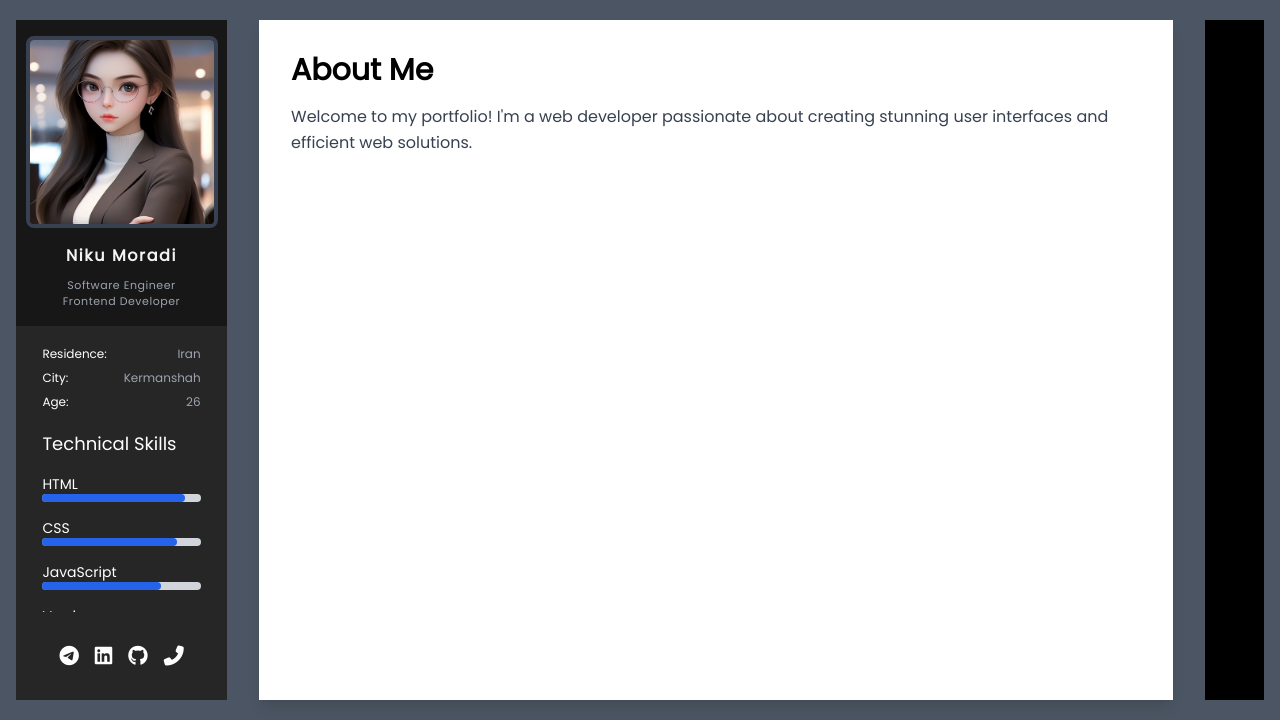
Repository: NikuMoradi/niku-moradi
Page: /
An editor plug-in stored every save of this project. The page is shown before and after the next save, followed by the edit.
The browser window is 1280 px wide. The pictures show the whole page.
The project was rebuilt for these pictures with package versions that can differ from the ones it lists, and the page was loaded fresh each time. The framework's server and built-in components were replaced by stand-ins that run in the browser. Also part of the build but not shown: nuxt.config.ts, components/Blog Posts/Component-Design.vue, components/Blog.vue, components/Contact.vue, components/Education.vue, components/Experience.vue, components/Hero.vue, components/Menu.vue and 3 more.

Above is the page before, as saved 2024-11-29 11:30:55.

After the next save:
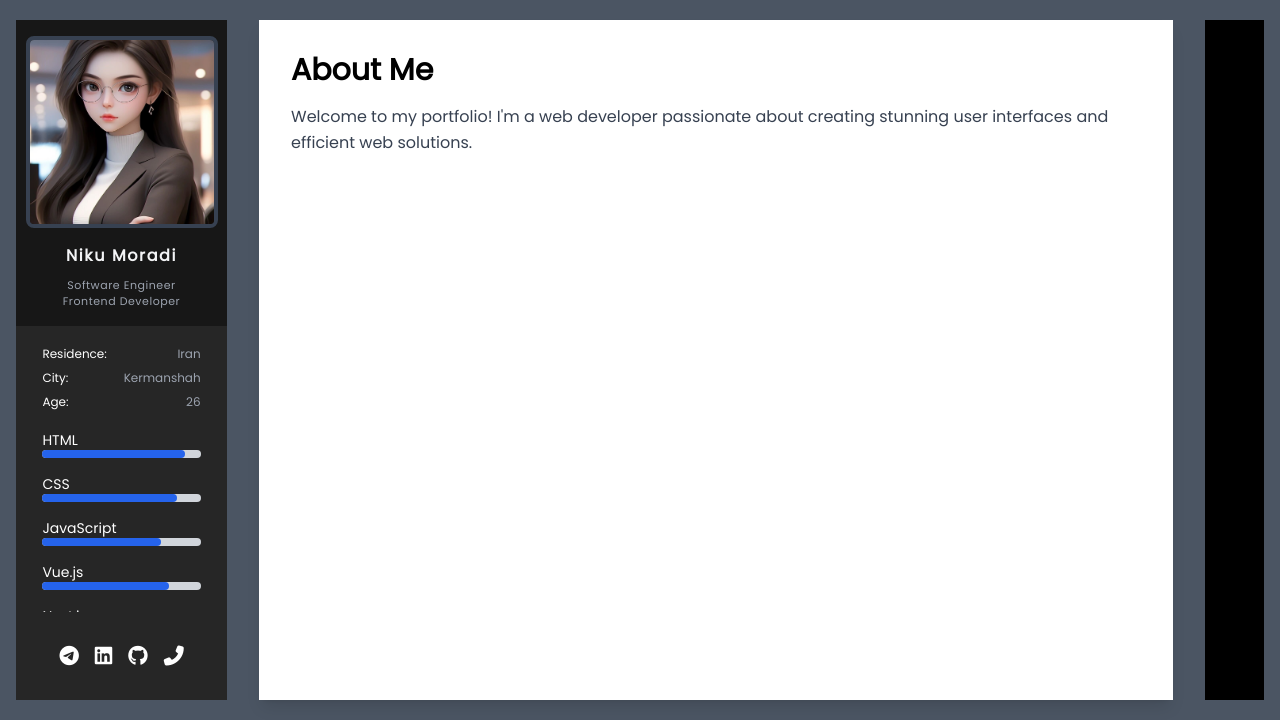
Saved 91 s later.
--- a/components/LeftPanel.vue
+++ b/components/LeftPanel.vue
@@ -51,7 +51,6 @@
       <div class="w-full h-px bg-gray-600 opacity-30"></div>
       <!-- Skill Bars -->
       <div class="space-y-4">
-        <h3 class="text-lg font-medium">Technical Skills</h3>
         <div>
           <label class="block text-sm">HTML</label>
           <div class="w-full bg-gray-300 h-2 rounded-full">
